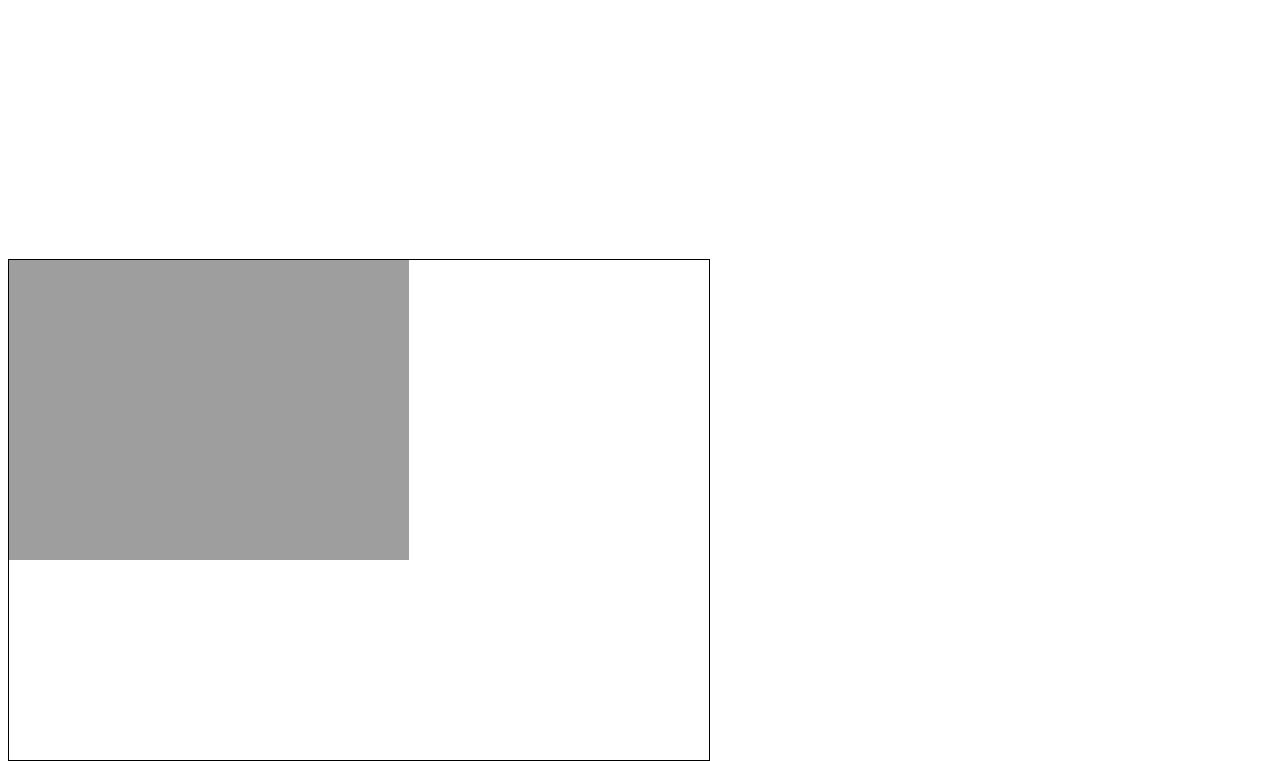
Repository: Tranduchieu2002/FlappyBird
Page: Flappy.html
These files come from the project's save history. The page is drawn as it stood at one moment and after the next save; the edit follows.
The browser window is 1280 px wide. The pictures show the whole page.

Above is the page before, as saved 2021-09-14 14:45:22.

After the next save:
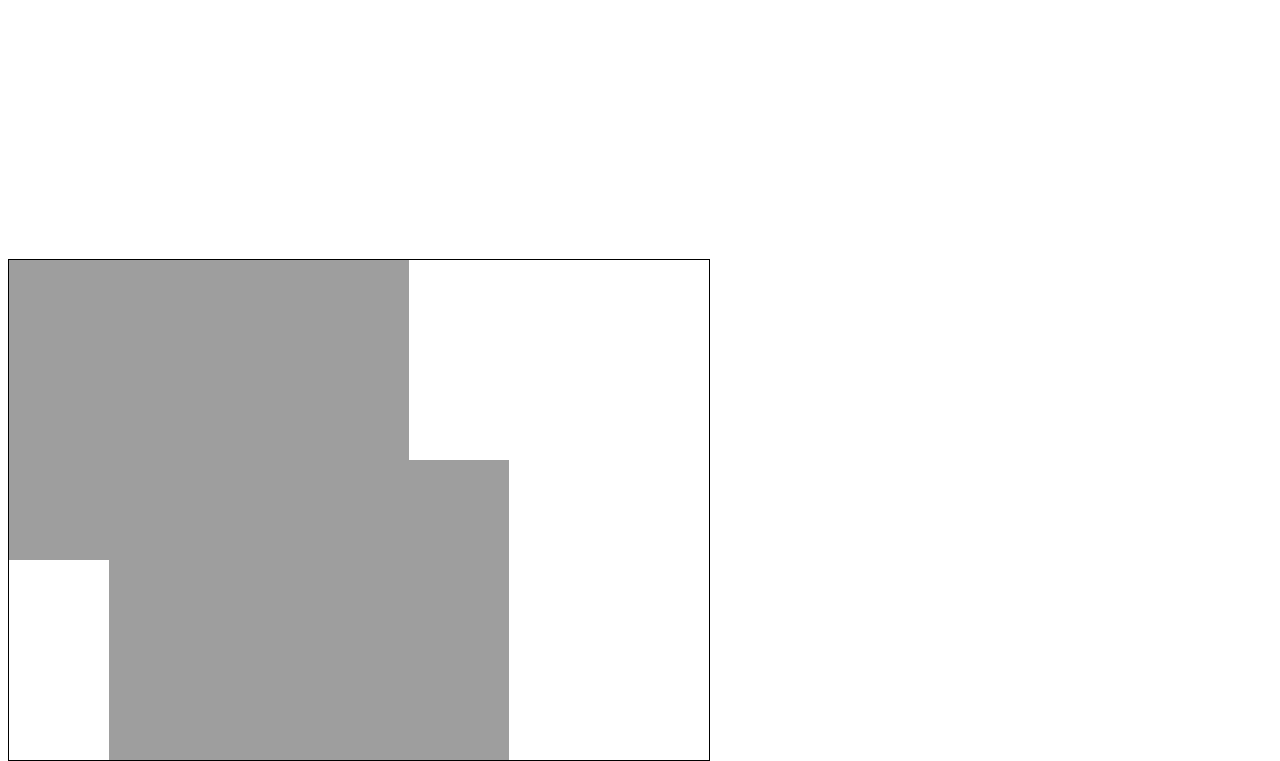
Saved 20 s later.
--- a/index.js
+++ b/index.js
@@ -21,7 +21,7 @@
   let Bx = 50;
   let By = 50;
   let hPassForCg = 7 * fh;
-  ctx.drawImage(pipeNorth,100,pipeNorth.length)
+  ctx.drawImage(pipeNorth,100,200)
   ctx.drawImage(bg, 0, 0);
   ctx.drawImage(bird, 0, 0, 50, 50);
   requestAnimationFrame(draw);

After the save that followed:
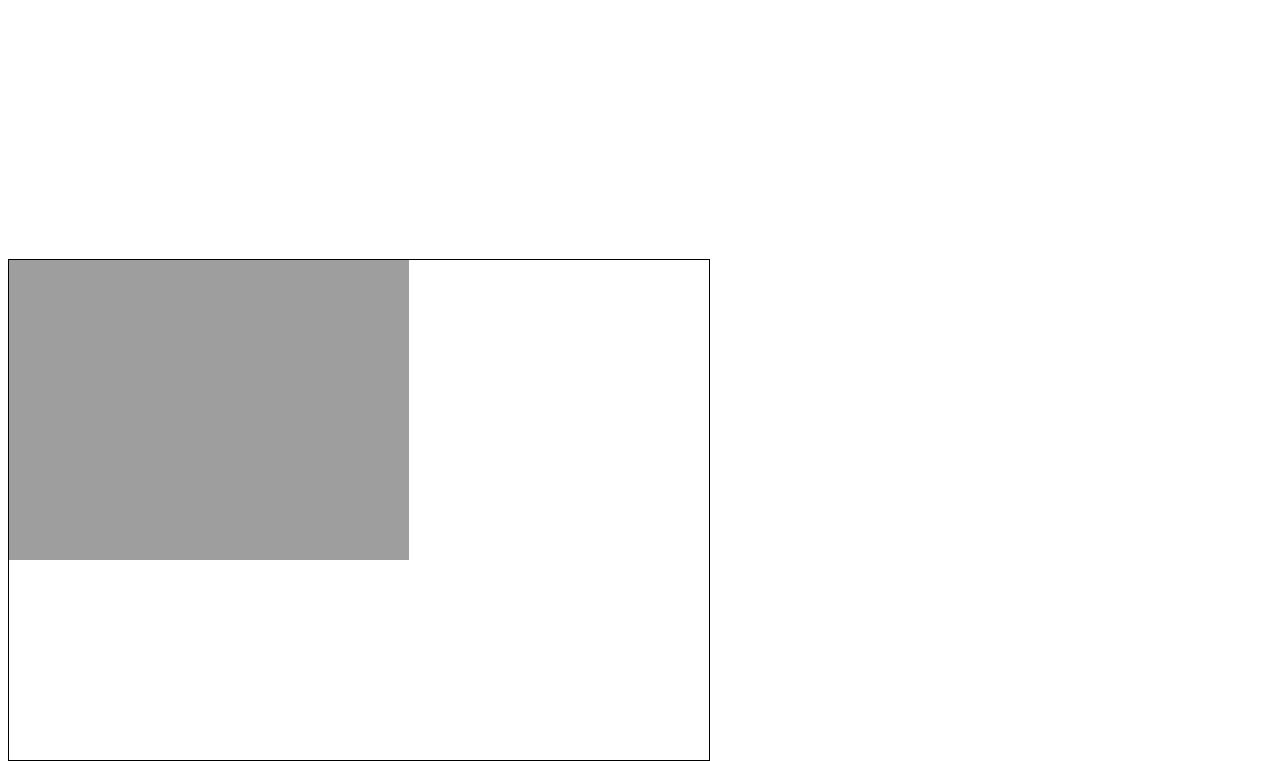
Saved 2 min 2 s later.
--- a/index.js
+++ b/index.js
@@ -21,7 +21,7 @@
   let Bx = 50;
   let By = 50;
   let hPassForCg = 7 * fh;
-  ctx.drawImage(pipeNorth,100,200)
+  ctx.drawImage(pipeNorth,100,pipeNorth.length)
   ctx.drawImage(bg, 0, 0);
   ctx.drawImage(bird, 0, 0, 50, 50);
   requestAnimationFrame(draw);
